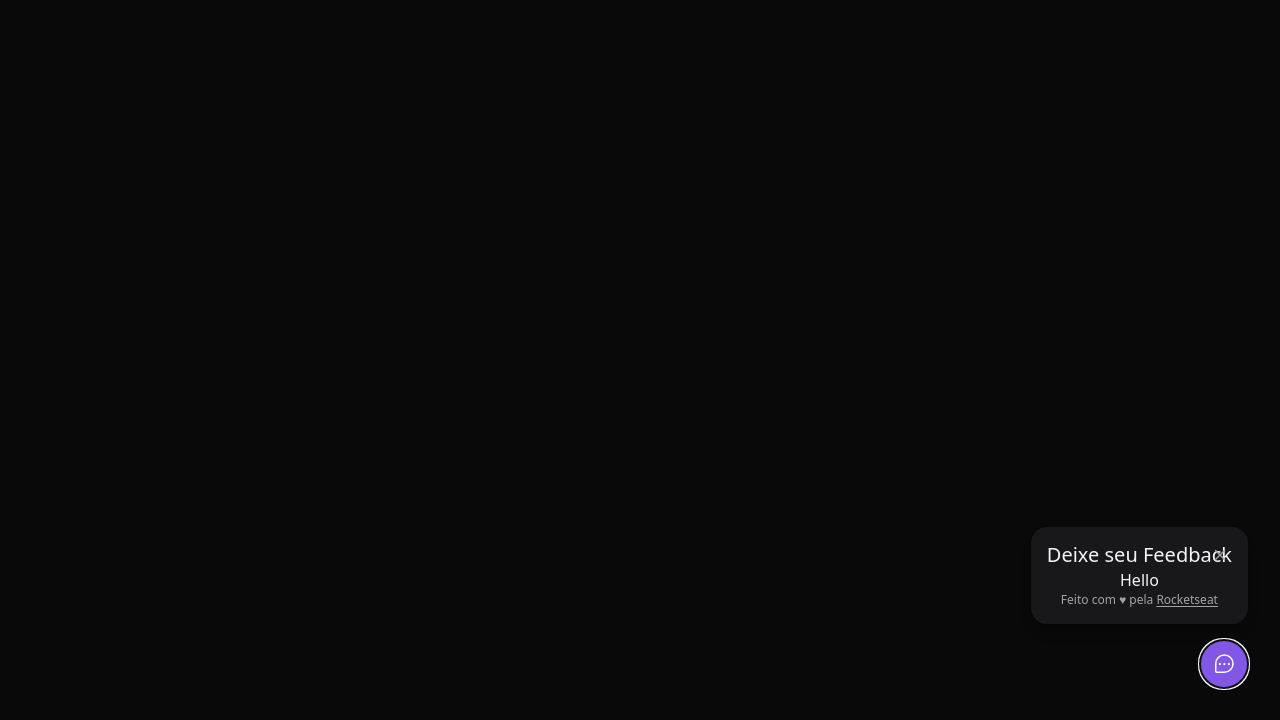
Repository: guilhermecardoso93/nlwreturn-react
Page: /, after clicking the first element matching `#headlessui-popover-button-4`
These files come from the project's save history. The page is drawn as it stood at one moment and after the next save; the edit follows.
The browser window is 1280 px wide. The pictures show the whole page.
The project was rebuilt for these pictures with package versions that can differ from the ones it lists, and the page was loaded fresh each time. Also part of the build but not shown: vite.config.ts.

Above is the page before, as saved 2022-05-03 21:03:30.

### src/main.tsx
import React from "react";
import ReactDOM from "react-dom";
import { App } from "./App";

import "./global.css";

ReactDOM.render(
  <React.StrictMode>
    <App />
  </React.StrictMode>,
  document.getElementById("root")
);

### src/App.tsx
import { Widget } from "./components/Widget";

export function App() {
  return (
    <>
      <Widget/>
    </>
  );
}

### src/global.css
@tailwind base;
@tailwind components;
@tailwind utilities;

body {
  @apply bg-[#09090a] text-zinc-100
}

### src/components/Widget.tsx
import { Popover } from "@headlessui/react";
import { ChatTeardropDots } from "phosphor-react";
import { WidgetForm } from "./WidgetForm";

export function Widget() {
  return (
    <>
      <Popover className="absolute bottom-4 right-4 md:bottom-8 md:right-8 flex flex-col items-end">
        <Popover.Panel>
          <WidgetForm/>
        </Popover.Panel>
        <Popover.Button className="bg-brand-500 rounded-full px-3 h-12 text-white flex items-center group">
          <ChatTeardropDots className="w-6 h-6" />
          <span className="max-w-0 overflow-hidden group-hover:max-w-xs transition-all duration-500 ease-linear">
            <span className="pl-2"></span>
            Feedback
          </span>
        </Popover.Button>
      </Popover>
    </>
  );
}

### src/components/WidgetForm.tsx
import { CloseButton } from "./CloseButton";

export function WidgetForm() {
  return (
    <div className="bg-zinc-900 p-4 relative rounded-2xl mb-4 flex flex-col items-center shadow-lg w-[calc(100vw-2rem)] md:w-auto">
      <header>
        <span className="text-xl leading-6">Deixe seu Feedback</span>
        <CloseButton />
      </header>
      <p>Hello</p>
      <footer className="text-xs text-neutral-400">
        Feito com ♥ pela{" "}
        <a href="https://rocketseat.com.br" target="_blank" className="underline underline-offset-2">
          Rocketseat
        </a>
      </footer>
    </div>
  );
}

### src/components/CloseButton.tsx
import { Popover } from "@headlessui/react";
import { X } from "phosphor-react";

export function CloseButton() {
  return (
    <Popover.Button
      className="top-5 right-5 absolute text-zinc-400 hover:text-zinc-100"
      title="Fechar formulário de Feedback"
    >
      <X className="w-4 h-4" weight="bold" />
    </Popover.Button>
  );
}

Loaded but not shown: index.html (common file); tailwind.config.js (common file)

After the next save:
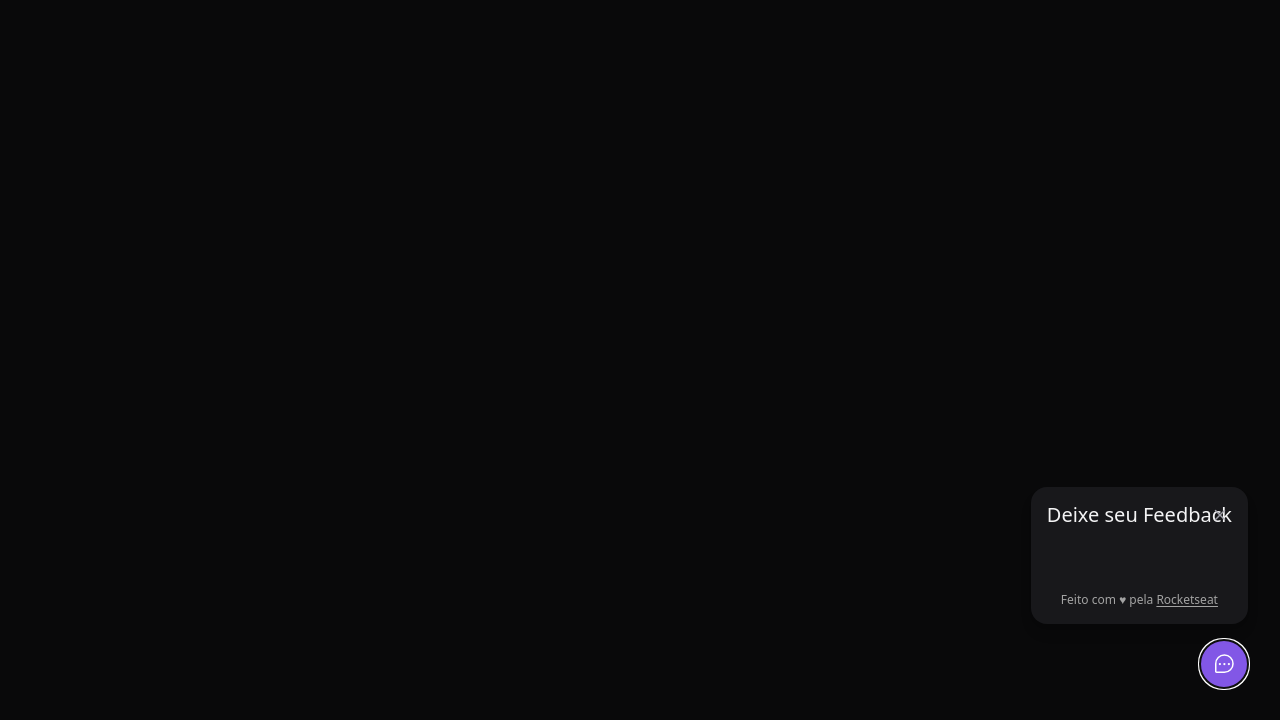
Saved 37 s later.
--- a/src/components/WidgetForm.tsx
+++ b/src/components/WidgetForm.tsx
@@ -7,7 +7,9 @@ export function WidgetForm() {
         <span className="text-xl leading-6">Deixe seu Feedback</span>
         <CloseButton />
       </header>
-      <p>Hello</p>
+      <div className="flex py-8 gap-2 w-full">
+
+      </div>
       <footer className="text-xs text-neutral-400">
         Feito com ♥ pela{" "}
         <a href="https://rocketseat.com.br" target="_blank" className="underline underline-offset-2">
